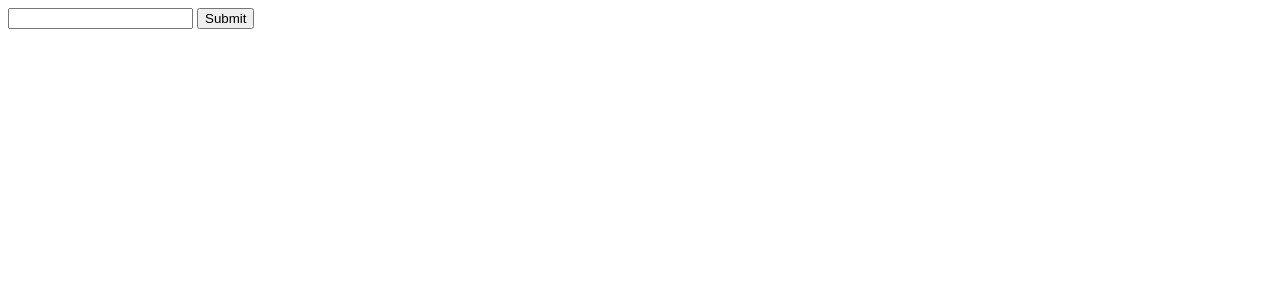
Repository: Seattle-Community-Android-Development/CodeBlog
Page: workspace/SimpleServletProject/WebContent/SimpleForm.html
An editor plug-in stored every save of this project. The page is shown before and after the next save, followed by the edit.
The browser window is 1280 px wide. The pictures show the whole page.

Above is the page before, as saved 2013-09-07 01:12:17.

After the next save:
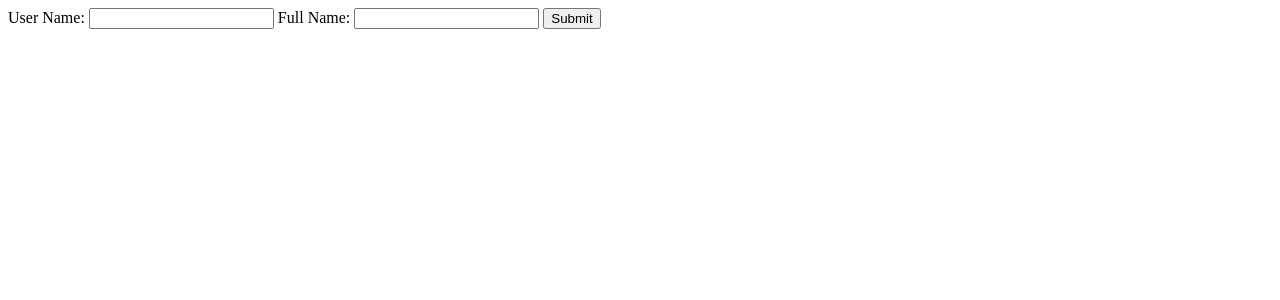
Saved 33 min 45 s later.
--- a/workspace/SimpleServletProject/WebContent/SimpleForm.html
+++ b/workspace/SimpleServletProject/WebContent/SimpleForm.html
@@ -5,7 +5,8 @@
 </head>
 <body>
 	<form method="post" action="XmlServletPath">
-	<input name="userName" />
+	User Name: <input name="userName" />
+	Full Name: <input name="fullName" />
 	<input type="submit" />
 	</form>
 
